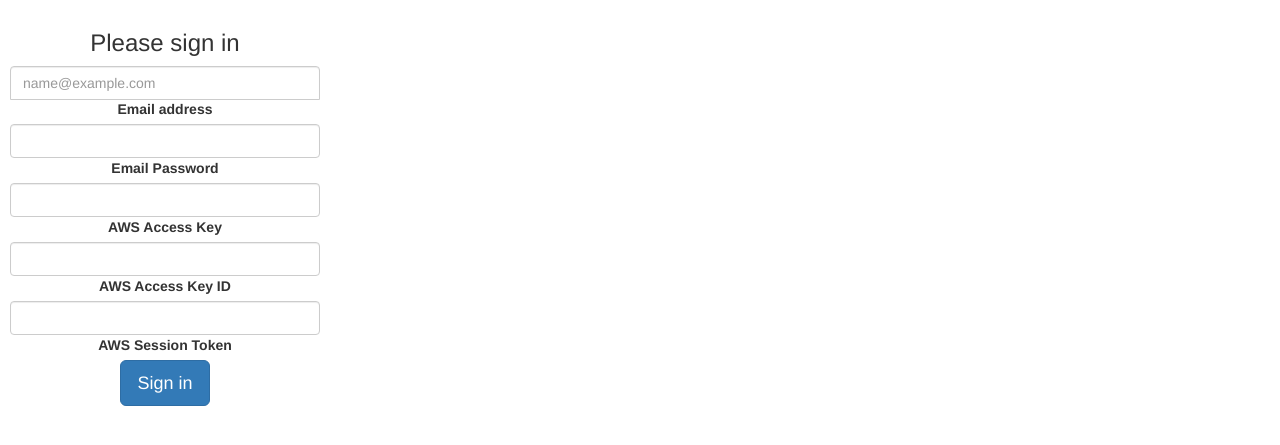
Repository: lucamjdimarco/FinalSDCCProject
Page: http://localhost/
An editor plug-in stored every save of this project. The page is shown before and after the next save, followed by the edit.
The browser window is 1280 px wide. The pictures show the whole page.
The page is served by the project's application, run on Flask 3 (app/server.py).

Above is the page before, as saved 2023-06-06 23:29:26.

After the next save:
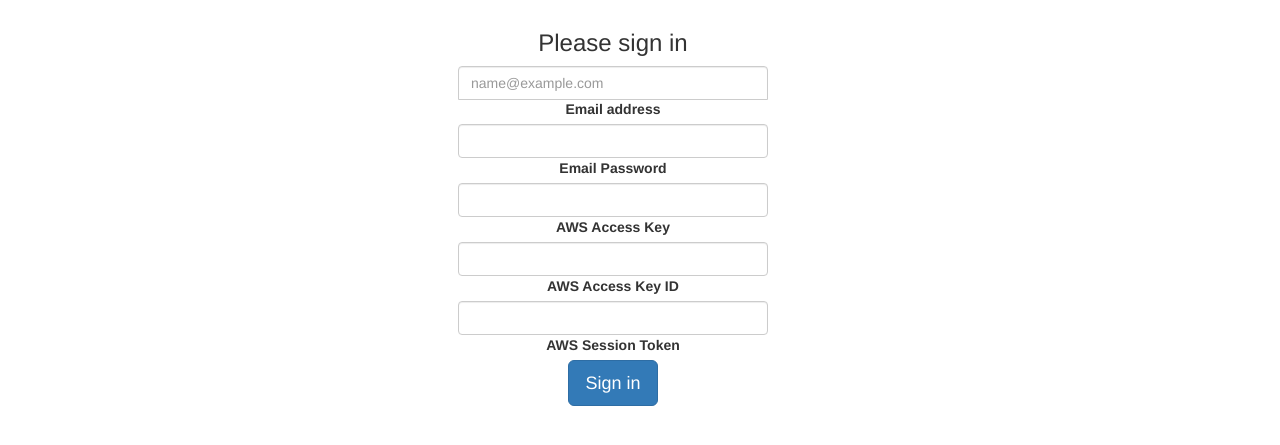
Saved 79 s later.
--- a/Docker/app/templates/login.html
+++ b/Docker/app/templates/login.html
@@ -47,7 +47,7 @@
   </head>
   <body class="text-center">
 
-    <main class="form-signin">
+    <main class="form-signin" style="width: 30%; margin-left: 35%;">
       <form action="{{ url_for('login') }}" method="POST" onsubmit="handleSubmit()">
 
         <h1 class="h3 mb-3 fw-normal">Please sign in</h1>
